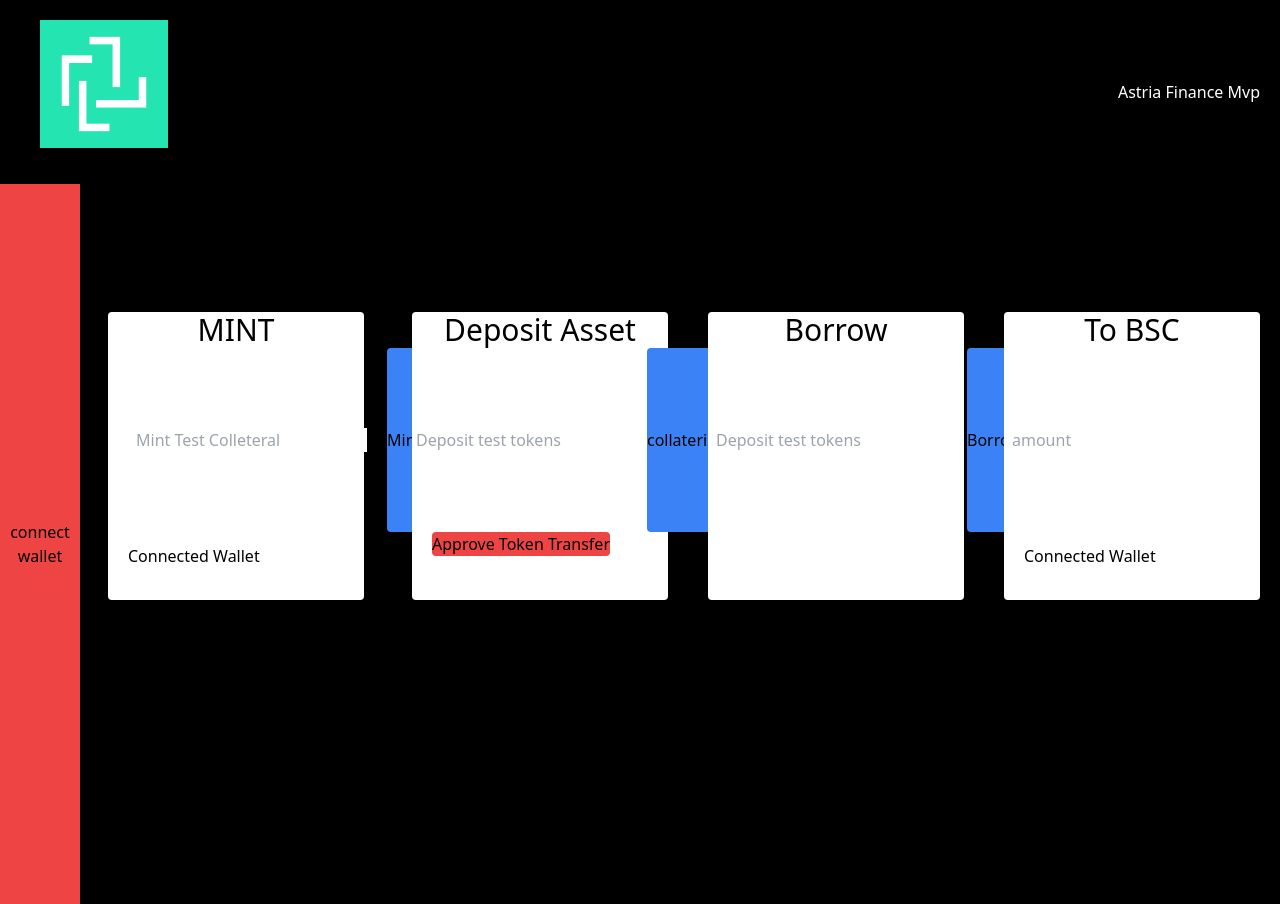
Repository: AstriaFinance/AstriaMvp
Page: /
The author's editor kept a copy of each file at every save. The page is drawn from the files as they stood at one save, then again after the next save.
The browser window is 1280 px wide. The pictures show the whole page.
The project was rebuilt for these pictures with package versions that can differ from the ones it lists, and the page was loaded fresh each time. Also part of the build but not shown: src/components/About.jsx, src/components/Shop.jsx, src/components/ErrorPage.jsx.

Above is the page before, as saved 2022-06-27 11:27:02.

### src/App.js
import {Nav, Home} from "./components"

function App() {
  return (

    <div>

      <Nav/>
      <Home/>
      </div>

  );
}

export default App;

### src/components/index.js
export{default as About} from "./About"
export{default as Nav} from "./Nav"
export{default as Shop} from "./Shop"
export {default as ErrorPage} from "./ErrorPage"
export{default as Home} from "./Home"

### src/components/Nav.jsx
import React from "react";
import logo from "../static/astria2.jpg";
const Nav = () => {
  return (
    <nav className="bg-black flex justify-between ">
      <img src={logo} alt="" className="h-32 mt-5 mx-10" />
      <div className="text-white my-20 mx-5">Astria Finance Mvp</div>
    </nav>
  );
};

export default Nav;

### src/components/Home.jsx
import React, { useEffect, useState } from "react";
import astriaPorta_abi from "../contracts/astriaPorta_abi.json";
import testEth_abi from "../contracts/testEth_abi";
import xap_abi from "../contracts/xap_abi.json";
import { ethers } from "ethers";
import { shortenAddress } from "./ShortenAddress";

const Home = () => {
  const contractAddress = "0x1b3781eA482113695622EF6C31Fb38c4e02C95A0";
  const testEthContractAddress = "0x8c5696f345827C2d5A7a2e48F815A428eCC87437";
  const xapContractAddress = "0x5272c7F5eA6E5F9bb88f20B9f47Bd0f29e5921EC";
  const [conButtonText, setConButtonText] = useState("connect wallet");
  const [errorMessage, setErrorMessage] = useState(null);
  const [defaultAccount, setDefaultAccount] = useState(null);
  const [provider, setProvider] = useState(null);
  const [signer, setSigner] = useState(null);
  const [contract, setContract] = useState(null);
  const [transferHash, setTransferHah] = useState(null);
  const [depositHash, setDepositHash] = useState(null);
  const [testEthContract, setTestEthContract] = useState(null);
  const [borrowHash, setBorrowHash] = useState(null);
  const [sendHash, setSendHash] = useState(null);
  const [xapContract, setxapContract] = useState(null);

  const connectWalletHandler = () => {
    if (window.ethereum) {
      window.ethereum
        .request({ method: "eth_requestAccounts" })
        .then((result) => {
          accountChangedHandler(result[0]);
          setConButtonText("Wallet connected");
        })
        .catch((error) => {
          setErrorMessage(error.message);
        });
    } else {
      console.log("Install Metamask");
      setErrorMessage("Please install metamask");
    }
  };

  const accountChangedHandler = (newAddress) => {
    setDefaultAccount(newAddress);
    updateEthers();
  };

  const updateEthers = () => {
    let tempProvider = new ethers.providers.Web3Provider(window.ethereum);
    let tempSigner = tempProvider.getSigner();
    let tempContract = new ethers.Contract(
      contractAddress,
      astriaPorta_abi,
      tempSigner
    );
    let testEthContract = new ethers.Contract(
      testEthContractAddress,
      testEth_abi,
      tempSigner
    );
    let xapContract = new ethers.Contract(
      xapContractAddress,
      xap_abi,
      tempSigner
    );
    setProvider(tempProvider);
    setSigner(tempSigner);
    setContract(tempContract);
    setTestEthContract(testEthContract);
    setxapContract(xapContract);
  };

  const mintHandler = async (e) => {
    e.preventDefault();
    let mintAmount = e.target.mintAmount.value;

    let txn = await contract.Mint(mintAmount);
    setTransferHah(txn);
  };

  const depositHandler = async (e) => {
    e.preventDefault();
    let depositAmount = e.target.depositAmount.value;

    let depositTxn = await contract.deposit(depositAmount);
    setDepositHash(depositTxn);
  };

  const borrowHandler = async (e) => {
    e.preventDefault();
    let borrowAmount = e.target.borrowAmount.value;
    let borrowtxn = await contract.borrow(borrowAmount);
    setBorrowHash(borrowtxn);
  };

  const sendTokenHandler = async (e) => {
    e.preventDefault();
    let messageFee = ethers.utils.parseEther("0.025");
    let tempSigner = signer.getAddress();
    let dstChainId = 10002;
    let to = tempSigner;
    let qty = e.target.qty.value;
    let zeroPaymentAddress = tempSigner;
    let adapterParam = "0x";
    let sendTokenTransaction = await xapContract.sendTokens(
      dstChainId,
      to,
      qty,
      zeroPaymentAddress,
      adapterParam,
      { value: ethers.utils.parseEther("0.01") }
    );
    setSendHash(sendTokenTransaction);
  };

  const approveTestEth = async (e) => {
    e.preventDefault();
    await testEthContract.approve(contractAddress, "9007199254740990");
  };

  useEffect(() => {
    if (contract != null) {
    }
  }, []);
  return (
    <div>
      <p>{errorMessage}</p>
      <div className="bg-black flex overflow-x-auto h-screen ">
        <button className="bg-red-500" onClick={connectWalletHandler}>
          {conButtonText}
        </button>
        <form onSubmit={mintHandler}>
          <div className="bg-white h-72 w-64 rounded my-32 mx-7">
            <div className="container flex justify-center text-3xl">MINT</div>
            <div className="flex justify-between">
              <input
                id="mintAmount"
                type="number"
                placeholder="Mint Test Colleteral"
                className="my-20 ml-7 hover:bg-red-500"
              />
              <button className="bg-blue-500 rounded mx-5 w-20  ">Mint</button>
            </div>
            <ul className="mx-5 my-3 flex gap-6">
              <li>Connected Wallet</li>

              <li></li>
            </ul>
          </div>
        </form>

        <div className="bg-white h-72 w-64 rounded mx-5 my-32">
          <form onSubmit={depositHandler}>
            <div class="container flex justify-center text-3xl">
              Deposit Asset
            </div>
            <div className="flex justify-between">
              <input
                id="depositAmount"
                type="text"
                placeholder="Deposit test tokens"
                className="my-20 ml-1 hover:bg-red-500"
              />
              <button className="bg-blue-500 rounded mx-0 w-20  ">
                collaterize
              </button>
            </div>
          </form>
          <form onSubmit={approveTestEth}>
            <button className="bg-red-500 rounded mx-5 w-50 ">
              Approve Token Transfer
            </button>
          </form>
        </div>

        <form onSubmit={borrowHandler}>
          <div className="bg-white h-72 w-64 rounded mx-5 my-32">
            <div className="container flex justify-center text-3xl">Borrow</div>
            <div className="flex justify-between">
              <input
                id="borrowAmount"
                type="text"
                placeholder="Deposit test tokens"
                className="my-20 ml-2 rounded hover:bg-red-500"
              />
              <button className="bg-blue-500 rounded mx-5 w-20  ">
                Borrow
              </button>
            </div>
            <ul className="mx-5 my-3 flex gap-6">
              <li>{defaultAccount}</li>
              <li></li>
            </ul>
          </div>
        </form>
        <form onSubmit={sendTokenHandler}>
          <div className="bg-white h-72 w-64 rounded mx-5 my-32">
            <div className="container flex justify-center text-3xl">To BSC</div>
            <div className="flex justify-between">
              <input
                id="qty"
                type="text"
                placeholder="amount"
                className="my-20 ml-2 rounded hover:bg-red-500"
              />
              <button className="bg-blue-500 rounded mx-10 w-20  ">
                To BSC
              </button>
            </div>
            <ul className="mx-5 my-3 flex gap-6">
              <li>Connected Wallet</li>
              <li></li>
            </ul>
          </div>
        </form>
      </div>
    </div>
  );
};

export default Home;

### src/contracts/astriaPorta_abi.json
[
	{
		"inputs": [
			{
				"internalType": "contract IXAP",
				"name": "_XAP",
				"type": "address"
			}
		],
		"stateMutability": "nonpayable",
		"type": "constructor"
	},
	{
		"anonymous": false,
		"inputs": [
			{
				"indexed": true,
				"internalType": "address",
				"name": "masterContract",
				"type": "address"
			},
			{
				"indexed": false,
				"internalType": "bytes",
				"name": "data",
				"type": "bytes"
			},
			{
				"indexed": true,
				"internalType": "address",
				"name": "cloneAddress",
				"type": "address"
			}
		],
		"name": "LogDeploy",
		"type": "event"
	},
	{
		"anonymous": false,
		"inputs": [
			{
				"indexed": false,
				"internalType": "address",
				"name": "to",
				"type": "address"
			},
			{
				"indexed": false,
				"internalType": "uint256",
				"name": "amount",
				"type": "uint256"
			}
		],
		"name": "Minted",
		"type": "event"
	},
	{
		"anonymous": false,
		"inputs": [
			{
				"indexed": false,
				"internalType": "address",
				"name": "from",
				"type": "address"
			},
			{
				"indexed": false,
				"internalType": "uint256",
				"name": "amount",
				"type": "uint256"
			}
		],
		"name": "borrowed",
		"type": "event"
	},
	{
		"anonymous": false,
		"inputs": [
			{
				"indexed": false,
				"internalType": "address",
				"name": "from",
				"type": "address"
			},
			{
				"indexed": false,
				"internalType": "uint256",
				"name": "amount",
				"type": "uint256"
			}
		],
		"name": "deposited",
		"type": "event"
	},
	{
		"inputs": [],
		"name": "BORROW_OPENING_FEE",
		"outputs": [
			{
				"internalType": "uint256",
				"name": "",
				"type": "uint256"
			}
		],
		"stateMutability": "view",
		"type": "function"
	},
	{
		"inputs": [],
		"name": "COLLATERIZATION_RATE",
		"outputs": [
			{
				"internalType": "uint256",
				"name": "",
				"type": "uint256"
			}
		],
		"stateMutability": "view",
		"type": "function"
	},
	{
		"inputs": [],
		"name": "LIQUIDATION_MULTIPLIER",
		"outputs": [
			{
				"internalType": "uint256",
				"name": "",
				"type": "uint256"
			}
		],
		"stateMutability": "view",
		"type": "function"
	},
	{
		"inputs": [
			{
				"internalType": "uint256",
				"name": "_amount",
				"type": "uint256"
			}
		],
		"name": "Mint",
		"outputs": [],
		"stateMutability": "nonpayable",
		"type": "function"
	},
	{
		"inputs": [],
		"name": "XAP",
		"outputs": [
			{
				"internalType": "contract IXAP",
				"name": "",
				"type": "address"
			}
		],
		"stateMutability": "view",
		"type": "function"
	},
	{
		"inputs": [
			{
				"internalType": "address",
				"name": "_spender",
				"type": "address"
			},
			{
				"internalType": "uint256",
				"name": "_amount",
				"type": "uint256"
			}
		],
		"name": "approve",
		"outputs": [],
		"stateMutability": "nonpayable",
		"type": "function"
	},
	{
		"inputs": [
			{
				"internalType": "uint256",
				"name": "amount",
				"type": "uint256"
			}
		],
		"name": "borrow",
		"outputs": [],
		"stateMutability": "nonpayable",
		"type": "function"
	},
	{
		"inputs": [
			{
				"internalType": "uint16",
				"name": "_dstChainId",
				"type": "uint16"
			},
			{
				"internalType": "bytes",
				"name": "_to",
				"type": "bytes"
			},
			{
				"internalType": "uint256",
				"name": "amount",
				"type": "uint256"
			},
			{
				"internalType": "address",
				"name": "_zroPaymentAddress",
				"type": "address"
			},
			{
				"internalType": "bytes",
				"name": "_adapterParam",
				"type": "bytes"
			}
		],
		"name": "borrowTo",
		"outputs": [],
		"stateMutability": "nonpayable",
		"type": "function"
	},
	{
		"inputs": [],
		"name": "collateral",
		"outputs": [
			{
				"internalType": "contract ITestETH",
				"name": "",
				"type": "address"
			}
		],
		"stateMutability": "view",
		"type": "function"
	},
	{
		"inputs": [
			{
				"internalType": "address",
				"name": "masterContract",
				"type": "address"
			},
			{
				"internalType": "bytes",
				"name": "data",
				"type": "bytes"
			},
			{
				"internalType": "bool",
				"name": "useCreate2",
				"type": "bool"
			}
		],
		"name": "deploy",
		"outputs": [
			{
				"internalType": "address",
				"name": "cloneAddress",
				"type": "address"
			}
		],
		"stateMutability": "payable",
		"type": "function"
	},
	{
		"inputs": [
			{
				"internalType": "uint256",
				"name": "amount",
				"type": "uint256"
			}
		],
		"name": "deposit",
		"outputs": [],
		"stateMutability": "payable",
		"type": "function"
	},
	{
		"inputs": [
			{
				"internalType": "address",
				"name": "",
				"type": "address"
			}
		],
		"name": "depositsToAmount",
		"outputs": [
			{
				"internalType": "uint256",
				"name": "",
				"type": "uint256"
			}
		],
		"stateMutability": "view",
		"type": "function"
	},
	{
		"inputs": [],
		"name": "feeTo",
		"outputs": [
			{
				"internalType": "address",
				"name": "",
				"type": "address"
			}
		],
		"stateMutability": "view",
		"type": "function"
	},
	{
		"inputs": [
			{
				"internalType": "bytes",
				"name": "data",
				"type": "bytes"
			}
		],
		"name": "init",
		"outputs": [],
		"stateMutability": "payable",
		"type": "function"
	},
	{
		"inputs": [
			{
				"internalType": "address",
				"name": "",
				"type": "address"
			}
		],
		"name": "masterContractOf",
		"outputs": [
			{
				"internalType": "address",
				"name": "",
				"type": "address"
			}
		],
		"stateMutability": "view",
		"type": "function"
	},
	{
		"inputs": [],
		"name": "oracle",
		"outputs": [
			{
				"internalType": "contract IOracle",
				"name": "",
				"type": "address"
			}
		],
		"stateMutability": "view",
		"type": "function"
	},
	{
		"inputs": [],
		"name": "oracleData",
		"outputs": [
			{
				"internalType": "bytes",
				"name": "",
				"type": "bytes"
			}
		],
		"stateMutability": "view",
		"type": "function"
	},
	{
		"inputs": [
			{
				"internalType": "contract ITestETH",
				"name": "_collateral",
				"type": "address"
			}
		],
		"name": "setTestColleteral",
		"outputs": [],
		"stateMutability": "nonpayable",
		"type": "function"
	},
	{
		"inputs": [],
		"name": "testColleteral",
		"outputs": [
			{
				"internalType": "contract ITestETH",
				"name": "",
				"type": "address"
			}
		],
		"stateMutability": "view",
		"type": "function"
	},
	{
		"inputs": [],
		"name": "totalDeposits",
		"outputs": [
			{
				"internalType": "uint256",
				"name": "",
				"type": "uint256"
			}
		],
		"stateMutability": "view",
		"type": "function"
	}
]

### src/contracts/testEth_abi.json
[
	{
		"inputs": [],
		"stateMutability": "nonpayable",
		"type": "constructor"
	},
	{
		"anonymous": false,
		"inputs": [
			{
				"indexed": true,
				"internalType": "address",
				"name": "owner",
				"type": "address"
			},
			{
				"indexed": true,
				"internalType": "address",
				"name": "spender",
				"type": "address"
			},
			{
				"indexed": false,
				"internalType": "uint256",
				"name": "value",
				"type": "uint256"
			}
		],
		"name": "Approval",
		"type": "event"
	},
	{
		"anonymous": false,
		"inputs": [
			{
				"indexed": true,
				"internalType": "address",
				"name": "previousOwner",
				"type": "address"
			},
			{
				"indexed": true,
				"internalType": "address",
				"name": "newOwner",
				"type": "address"
			}
		],
		"name": "OwnershipTransferred",
		"type": "event"
	},
	{
		"anonymous": false,
		"inputs": [
			{
				"indexed": true,
				"internalType": "address",
				"name": "from",
				"type": "address"
			},
			{
				"indexed": true,
				"internalType": "address",
				"name": "to",
				"type": "address"
			},
			{
				"indexed": false,
				"internalType": "uint256",
				"name": "value",
				"type": "uint256"
			}
		],
		"name": "Transfer",
		"type": "event"
	},
	{
		"inputs": [
			{
				"internalType": "address",
				"name": "owner",
				"type": "address"
			},
			{
				"internalType": "address",
				"name": "spender",
				"type": "address"
			}
		],
		"name": "allowance",
		"outputs": [
			{
				"internalType": "uint256",
				"name": "",
				"type": "uint256"
			}
		],
		"stateMutability": "view",
		"type": "function"
	},
	{
		"inputs": [
			{
				"internalType": "address",
				"name": "spender",
				"type": "address"
			},
			{
				"internalType": "uint256",
				"name": "amount",
				"type": "uint256"
			}
		],
		"name": "approve",
		"outputs": [
			{
				"internalType": "bool",
				"name": "",
				"type": "bool"
			}
		],
		"stateMutability": "nonpayable",
		"type": "function"
	},
	{
		"inputs": [
			{
				"internalType": "address",
				"name": "account",
				"type": "address"
			}
		],
		"name": "balanceOf",
		"outputs": [
			{
				"internalType": "uint256",
				"name": "",
				"type": "uint256"
			}
		],
		"stateMutability": "view",
		"type": "function"
	},
	{
		"inputs": [
			{
				"internalType": "uint256",
				"name": "amount",
				"type": "uint256"
			}
		],
		"name": "burn",
		"outputs": [],
		"stateMutability": "nonpayable",
		"type": "function"
	},
	{
		"inputs": [
			{
				"internalType": "address",
				"name": "account",
				"type": "address"
			},
			{
				"internalType": "uint256",
				"name": "amount",
				"type": "uint256"
			}
		],
		"name": "burnFrom",
		"outputs": [],
		"stateMutability": "nonpayable",
		"type": "function"
	},
	{
		"inputs": [],
		"name": "decimals",
		"outputs": [
			{
				"internalType": "uint8",
				"name": "",
				"type": "uint8"
			}
		],
		"stateMutability": "view",
		"type": "function"
	},
	{
		"inputs": [
			{
				"internalType": "address",
				"name": "spender",
				"type": "address"
			},
			{
				"internalType": "uint256",
				"name": "subtractedValue",
				"type": "uint256"
			}
		],
		"name": "decreaseAllowance",
		"outputs": [
			{
				"internalType": "bool",
				"name": "",
				"type": "bool"
			}
		],
		"stateMutability": "nonpayable",
		"type": "function"
	},
	{
		"inputs": [
			{
				"internalType": "address",
				"name": "spender",
				"type": "address"
			},
			{
				"internalType": "uint256",
				"name": "addedValue",
				"type": "uint256"
			}
		],
		"name": "increaseAllowance",
		"outputs": [
			{
				"internalType": "bool",
				"name": "",
				"type": "bool"
			}
		],
		"stateMutability": "nonpayable",
		"type": "function"
	},
	{
		"inputs": [
			{
				"internalType": "address",
				"name": "to",
				"type": "address"
			},
			{
				"internalType": "uint256",
				"name": "amount",
				"type": "uint256"
			}
		],
		"name": "mint",
		"outputs": [],
		"stateMutability": "nonpayable",
		"type": "function"
	},
	{
		"inputs": [],
		"name": "name",
		"outputs": [
			{
				"internalType": "string",
				"name": "",
				"type": "string"
			}
		],
		"stateMutability": "view",
		"type": "function"
	},
	{
		"inputs": [],
		"name": "owner",
		"outputs": [
			{
				"internalType": "address",
				"name": "",
				"type": "address"
			}
		],
		"stateMutability": "view",
		"type": "function"
	},
	{
		"inputs": [],
		"name": "renounceOwnership",
		"outputs": [],
		"stateMutability": "nonpayable",
		"type": "function"
	},
	{
		"inputs": [],
		"name": "symbol",
		"outputs": [
			{
				"internalType": "string",
				"name": "",
				"type": "string"
			}
		],
		"stateMutability": "view",
		"type": "function"
	},
	{
		"inputs": [],
		"name": "totalSupply",
		"outputs": [
			{
				"internalType": "uint256",
				"name": "",
				"type": "uint256"
			}
		],
		"stateMutability": "view",
		"type": "function"
	},
	{
		"inputs": [
			{
				"internalType": "address",
				"name": "to",
				"type": "address"
			},
			{
				"internalType": "uint256",
				"name": "amount",
				"type": "uint256"
			}
		],
		"name": "transfer",
		"outputs": [
			{
				"internalType": "bool",
				"name": "",
				"type": "bool"
			}
		],
		"stateMutability": "nonpayable",
		"type": "function"
	},
	{
		"inputs": [
			{
				"internalType": "address",
				"name": "from",
				"type": "address"
			},
			{
				"internalType": "address",
				"name": "to",
				"type": "address"
			},
			{
				"internalType": "uint256",
				"name": "amount",
				"type": "uint256"
			}
		],
		"name": "transferFrom",
		"outputs": [
			{
				"internalType": "bool",
				"name": "",
				"type": "bool"
			}
		],
		"stateMutability": "nonpayable",
		"type": "function"
	},
	{
		"inputs": [
			{
				"internalType": "address",
				"name": "newOwner",
				"type": "address"
			}
		],
		"name": "transferOwnership",
		"outputs": [],
		"stateMutability": "nonpayable",
		"type": "function"
	}
]

Loaded but not shown: public/index.html (common file); src/index.js (common file); src/index.css (common file); src/reportWebVitals.js (common file); src/components/ShortenAddress.js (common file); tailwind.config.js (common file); src/contracts/xap_abi.json (735 lines, source omitted)

After the next save:
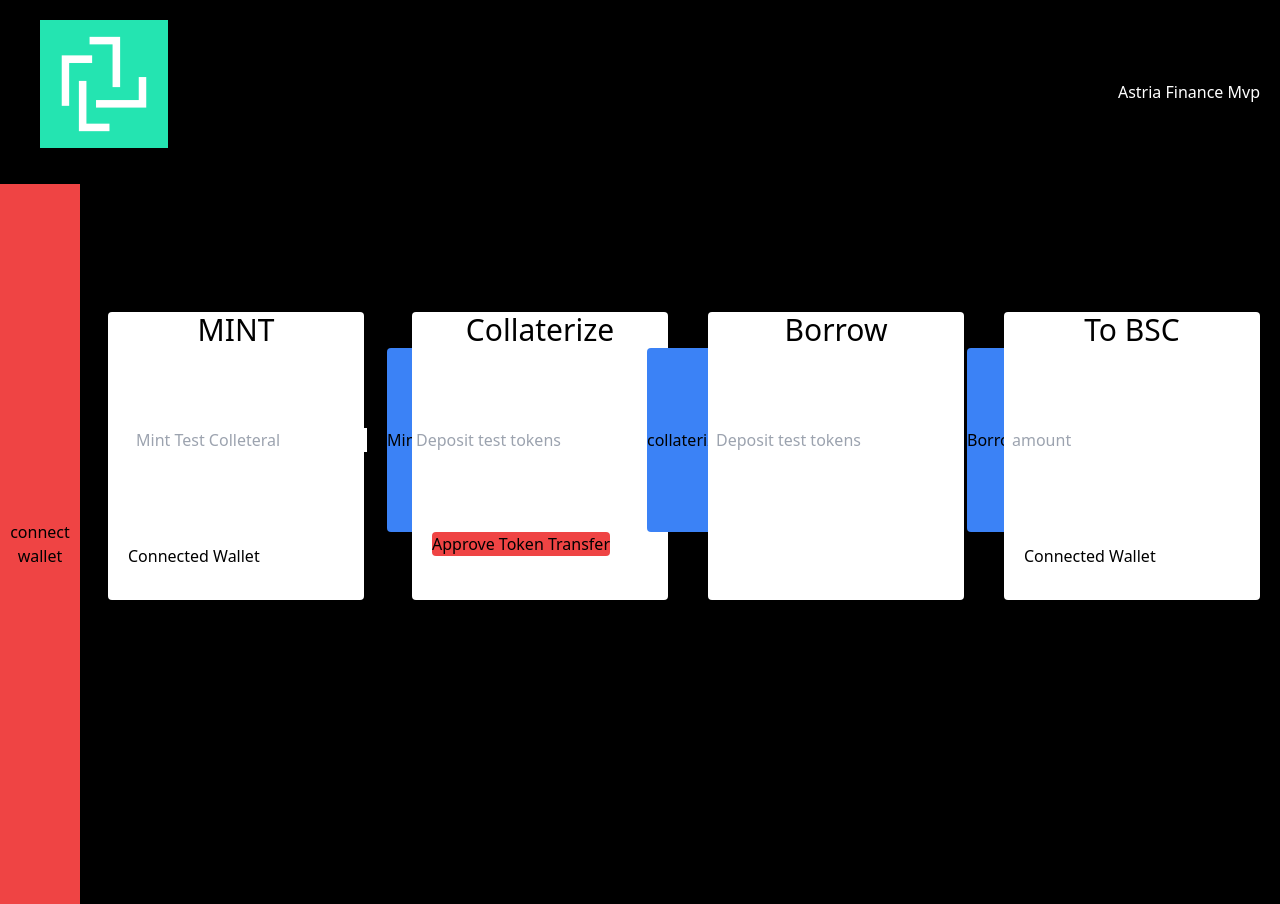
Saved 28 s later.
--- a/src/components/Home.jsx
+++ b/src/components/Home.jsx
@@ -151,7 +151,7 @@ const Home = () => {
         <div className="bg-white h-72 w-64 rounded mx-5 my-32">
           <form onSubmit={depositHandler}>
             <div class="container flex justify-center text-3xl">
-              Deposit Asset
+              Collaterize
             </div>
             <div className="flex justify-between">
               <input
